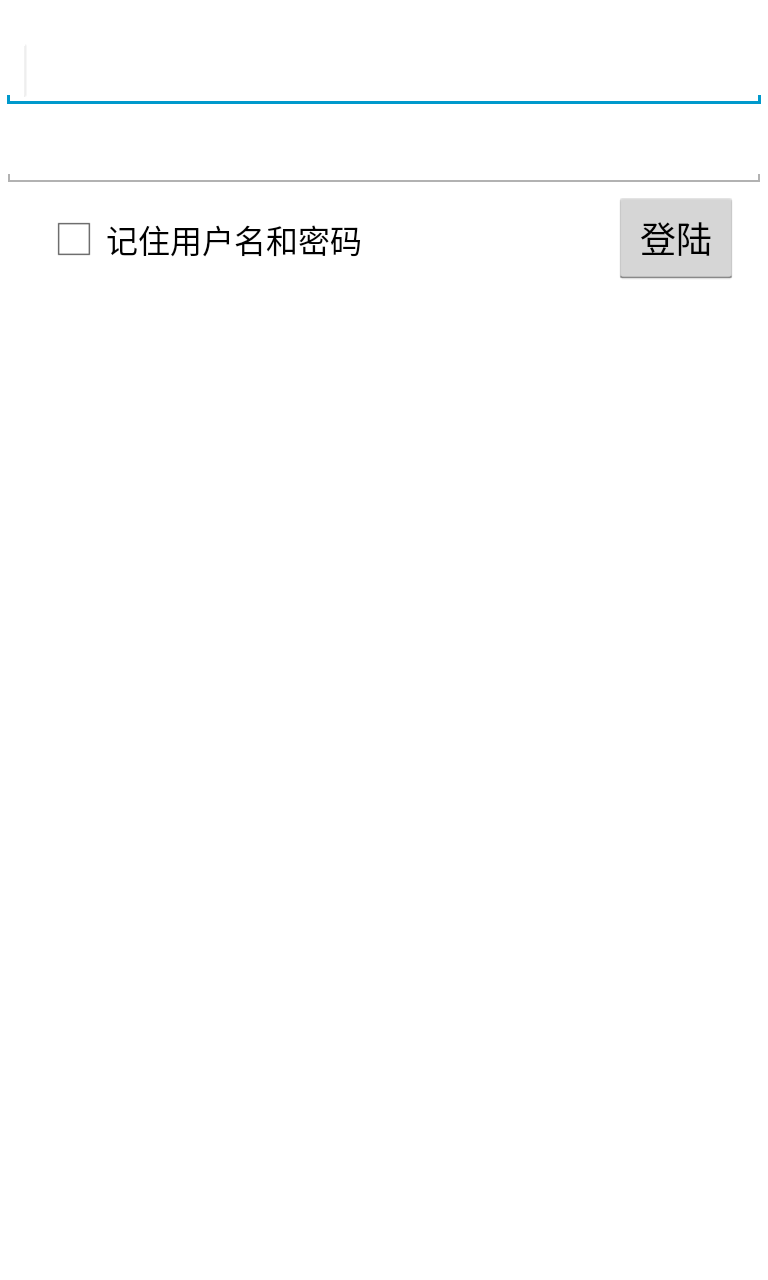
Repository: IvyZh/hm66
Layout: 黑马项目/res/layout/activity_rwinrom.xml
The author's editor kept a copy of each file at every save. The layout is drawn from the files as they stood at one save, then again after the next save.
It is drawn on a 768 x 1280 px phone screen (xhdpi) without system bars, with theme AppTheme; the app's code is not run.

Above is the layout before, as saved 2016-05-17 18:12:43.

After the next save:
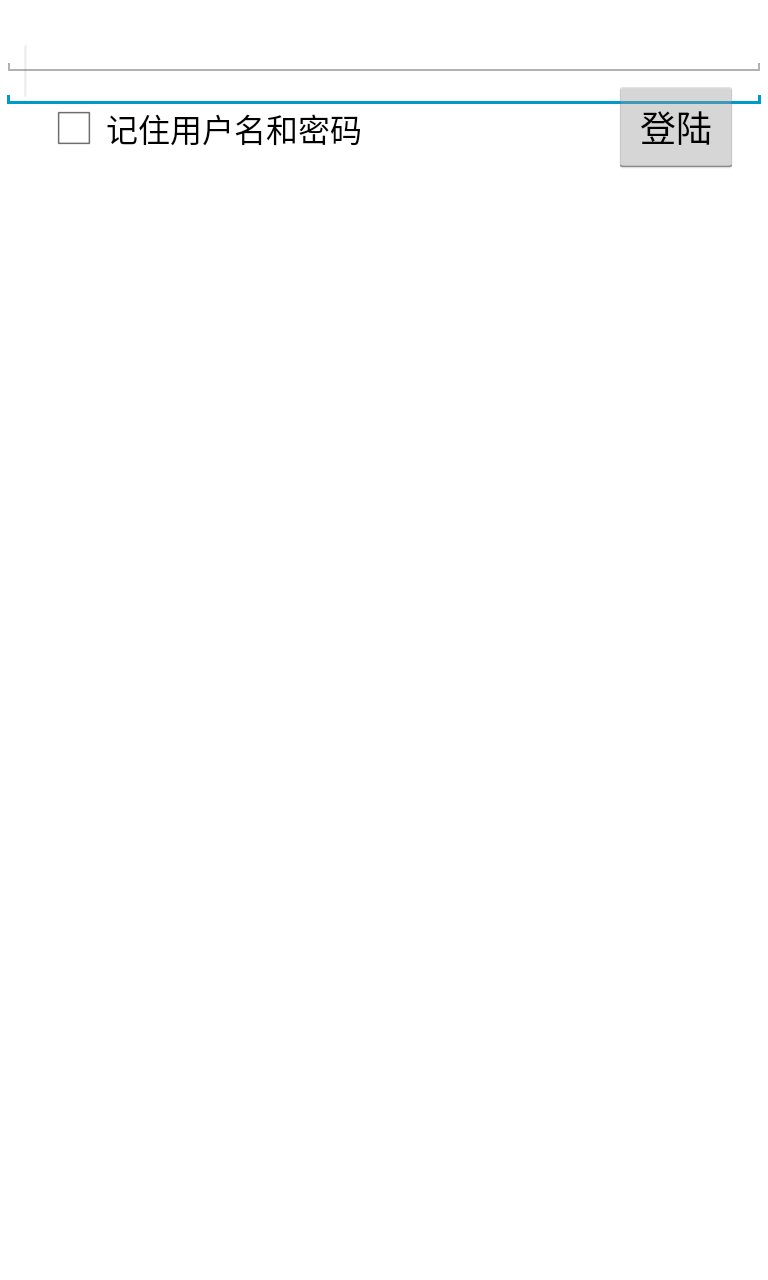
Saved 10 s later.
--- a/黑马项目/res/layout/activity_rwinrom.xml
+++ b/黑马项目/res/layout/activity_rwinrom.xml
@@ -4,7 +4,7 @@
     android:layout_height="match_parent" >
 
     <EditText
-        android:id="@+id/tv_username"
+        android:id="@+id/et_username"
         android:layout_width="match_parent"
         android:layout_height="wrap_content"
         android:layout_alignParentLeft="true"

After the save that followed:
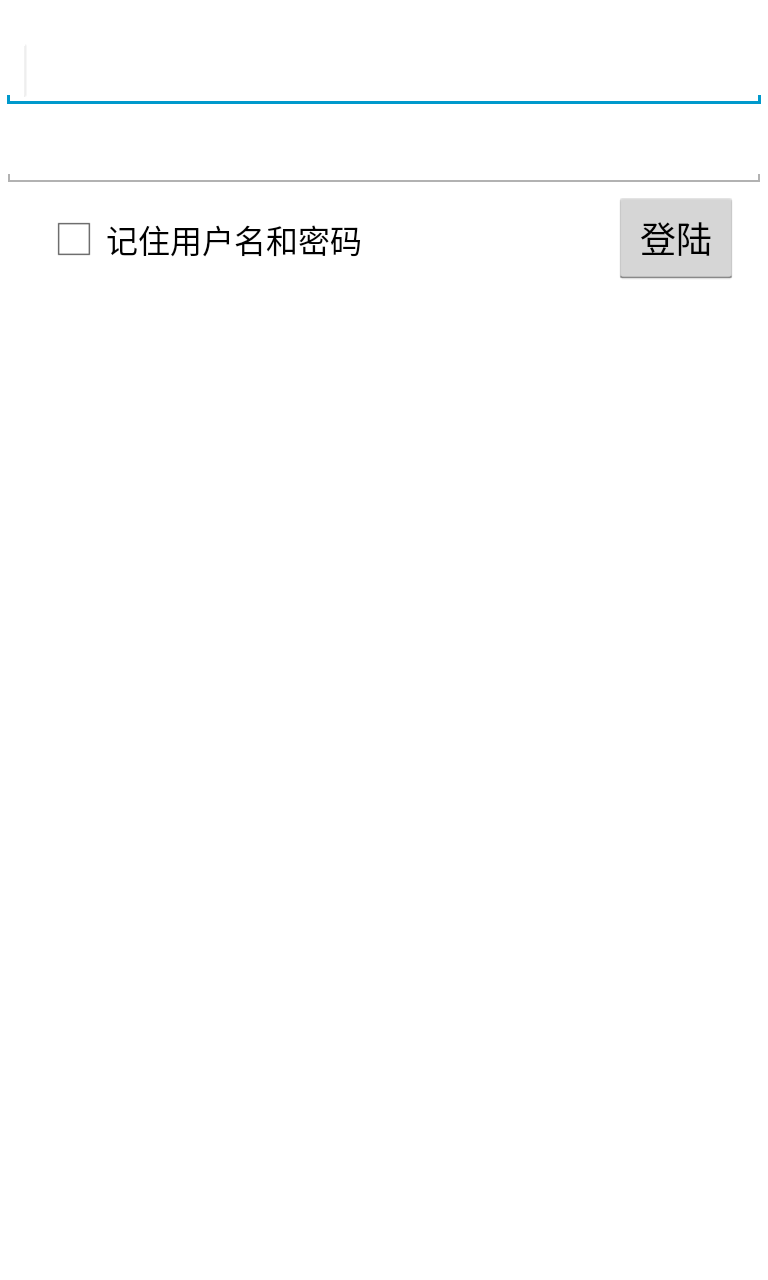
Saved 5 min 52 s later.
--- a/黑马项目/res/layout/activity_rwinrom.xml
+++ b/黑马项目/res/layout/activity_rwinrom.xml
@@ -20,7 +20,7 @@
         android:layout_width="match_parent"
         android:layout_height="wrap_content"
         android:layout_alignParentLeft="true"
-        android:layout_below="@+id/tv_username"
+        android:layout_below="@+id/et_username"
         android:ems="10"
         android:inputType="textPassword" />
 
